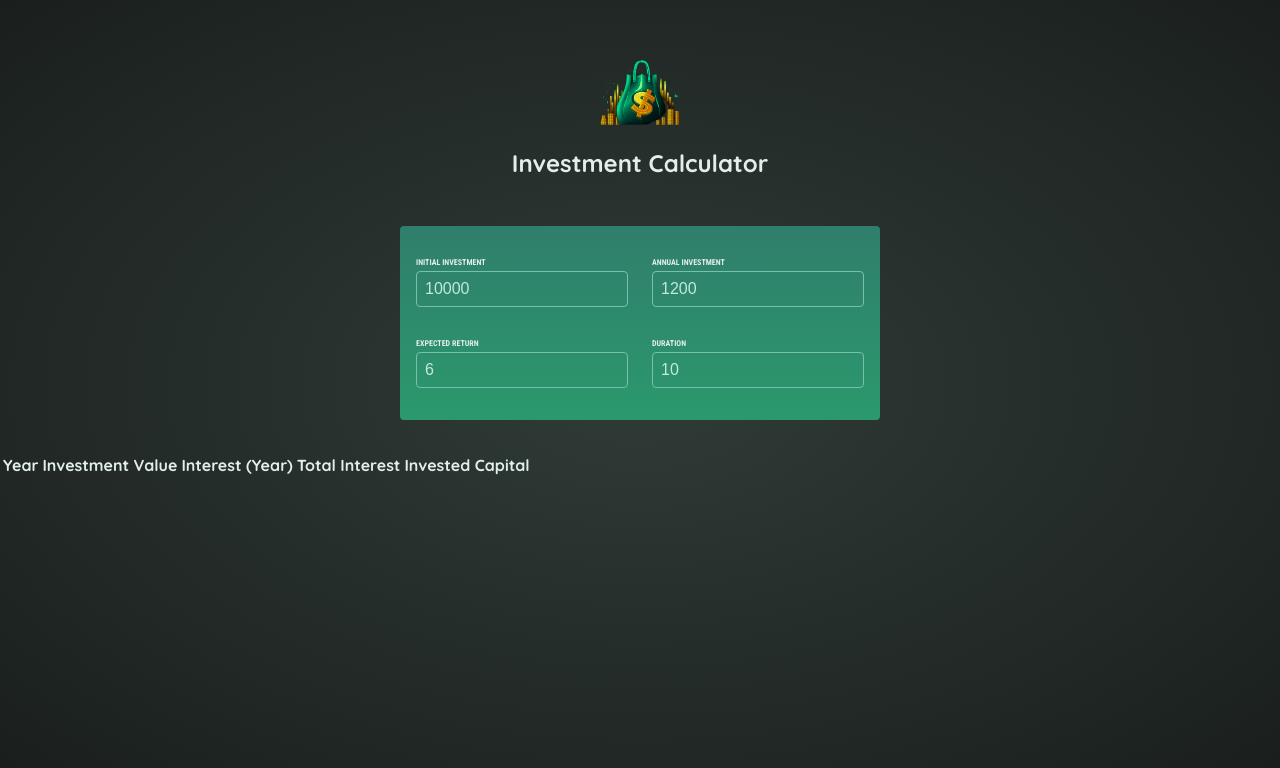
Repository: ooluchi/prac-investment-calculator
Page: /
These files come from the project's save history. The page is drawn as it stood at one moment and after the next save; the edit follows.
The browser window is 1280 px wide. The pictures show the whole page.
The project was rebuilt for these pictures with package versions that can differ from the ones it lists, and the page was loaded fresh each time. Also part of the build but not shown: vite.config.js.

Above is the page before, as saved 2024-11-13 15:02:30.

### src/App.jsx
import { useState } from "react";
import Header from "./components/Header";
import UserInput from "./components/UserInput";
import Results from "./components/Results";

function App() {

  const [userInput, setUserInput] = useState({
    initialInvestment: 10000,
    annualInvestment: 1200,
    expectedReturn: 6,
    duration: 10,
});

function handleChange(inputIdentifier, newValue) {
  setUserInput((previousInput) => ({
      ...previousInput,
      [inputIdentifier]: +newValue,
  }));
}

  return (
    <>
   <Header />
  <UserInput userInput={userInput}  onChange={handleChange} />
  <Results input={userInput} />
   </>
  )
}


export default App

### src/components/Header.jsx
import logo from "../assets/investment-calculator-logo.png"

export default function Header() {
    return (
        <header id="header">
        <img src={logo} alt="money-bag-image" />
        <h1> Investment Calculator</h1>
        </header>
    )
}

### src/components/UserInput.jsx

export default function UserInput ({ onChange, userInput } ) {
    return (
        <section id="user-input">
            <div className="input-group">
                <p>
                    <label>Initial Investment</label>
                    <input
                        type="number"
                        required
                        value={userInput.initialInvestment}
                        onChange={(event) =>
                            onChange("initialInvestment", event.target.value)
                        }
                    />
                </p>
                <p>
                    <label>Annual Investment</label>
                    <input
                        type="number"
                        required
                        value={userInput.annualInvestment}
                        onChange={(event) =>
                            onChange("annualInvestment", event.target.value)
                        }
                    />
                </p>
            </div>
            <div className="input-group">
                <p>
                    <label>Expected Return</label>
                    <input
                        type="number"
                        required
                        value={userInput.expectedReturn}
                        onChange={(event) =>
                            onChange("expectedReturn", event.target.value)
                        }
                    />
                </p>
                <p>
                    <label>Duration</label>
                    <input
                        type="number"
                        required
                        value={userInput.duration}
                        onChange={(event) => onChange("duration", event.target.value)}
                    />
                </p>
            </div>
        </section>
    );
}

### src/components/Results.jsx
import { calculateInvestmentResults } from '../util/investment'

export default function Results ({ input }) {
    const resultsData = calculateInvestmentResults(input);

    return(
        <table id="results">
            <thead>
                <tr>
                    <th>Year</th>
                    <th>Investment Value</th>
                    <th>Interest (Year)</th>
                    <th>Total Interest</th>
                    <th>Invested Capital</th>
                </tr>
            </thead>
            <tbody>
                {}
            </tbody>
        </table>
    )
}

### src/util/investment.js
// This function expects a JS object as an argument
// The object should contain the following properties
// - initialInvestment: The initial investment amount
// - annualInvestment: The amount invested every year
// - expectedReturn: The expected (annual) rate of return
// - duration: The investment duration (time frame)
export function calculateInvestmentResults({
  initialInvestment,
  annualInvestment,
  expectedReturn,
  duration,
}) {
  const annualData = [];
  let investmentValue = initialInvestment;

  for (let i = 0; i < duration; i++) {
    const interestEarnedInYear = investmentValue * (expectedReturn / 100);
    investmentValue += interestEarnedInYear + annualInvestment;
    annualData.push({
      year: i + 1, // year identifier
      interest: interestEarnedInYear, // the amount of interest earned in this year
      valueEndOfYear: investmentValue, // investment value at end of year
      annualInvestment: annualInvestment, // investment added in this year
    });
  }

  return annualData;
}

// The browser-provided Intl API is used to prepare a formatter object
// This object offers a "format()" method that can be used to format numbers as currency
// Example Usage: formatter.format(1000) => yields "$1,000"
export const formatter = new Intl.NumberFormat('en-US', {
  style: 'currency',
  currency: 'USD',
  minimumFractionDigits: 0,
  maximumFractionDigits: 0,
});

Loaded but not shown: index.html (common file); src/index.jsx (common file); src/index.css (common file)

After the next save:
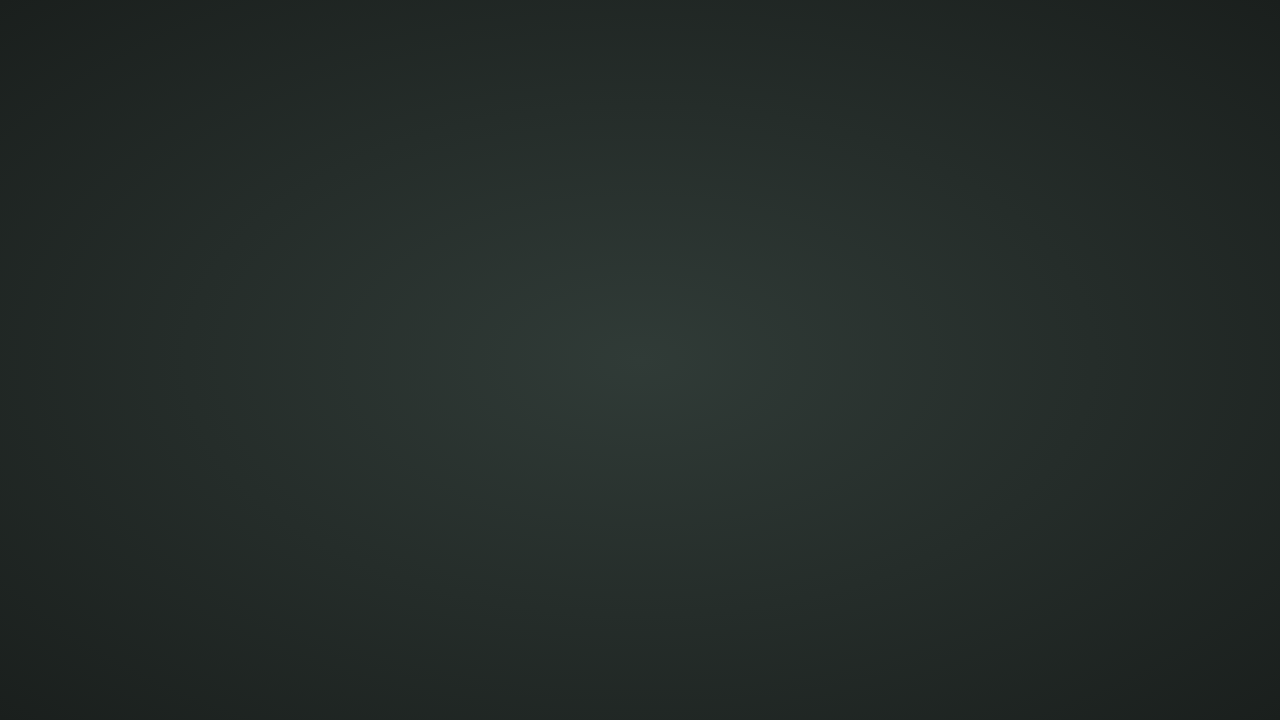
Console error (its wording comes from the project's code and is left out).
Saved 22 s later.
--- a/src/components/Results.jsx
+++ b/src/components/Results.jsx
@@ -15,7 +15,7 @@ export default function Results ({ input }) {
                 </tr>
             </thead>
             <tbody>
-                {}
+                {resultsData}
             </tbody>
         </table>
     )
